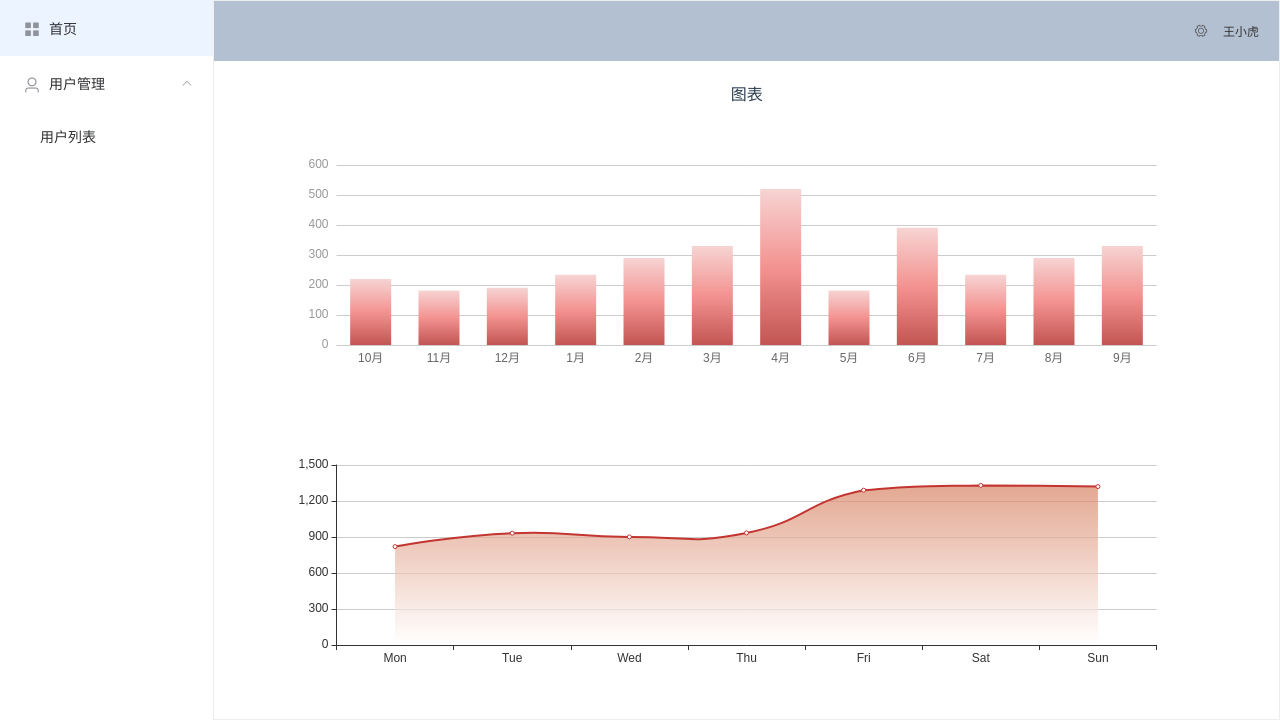
Repository: cmw520520/admin_vue
Page: /#/example/echart
An editor plug-in stored every save of this project. The page is shown before and after the next save, followed by the edit.
The browser window is 1280 px wide. The pictures show the whole page.
The project was rebuilt for these pictures with package versions that can differ from the ones it lists, and the page was loaded fresh each time. Also part of the build but not shown: src/page/home/Home.vue, src/page/user/UserList.vue.

Above is the page before, as saved 2019-07-01 14:57:34.

After the next save:
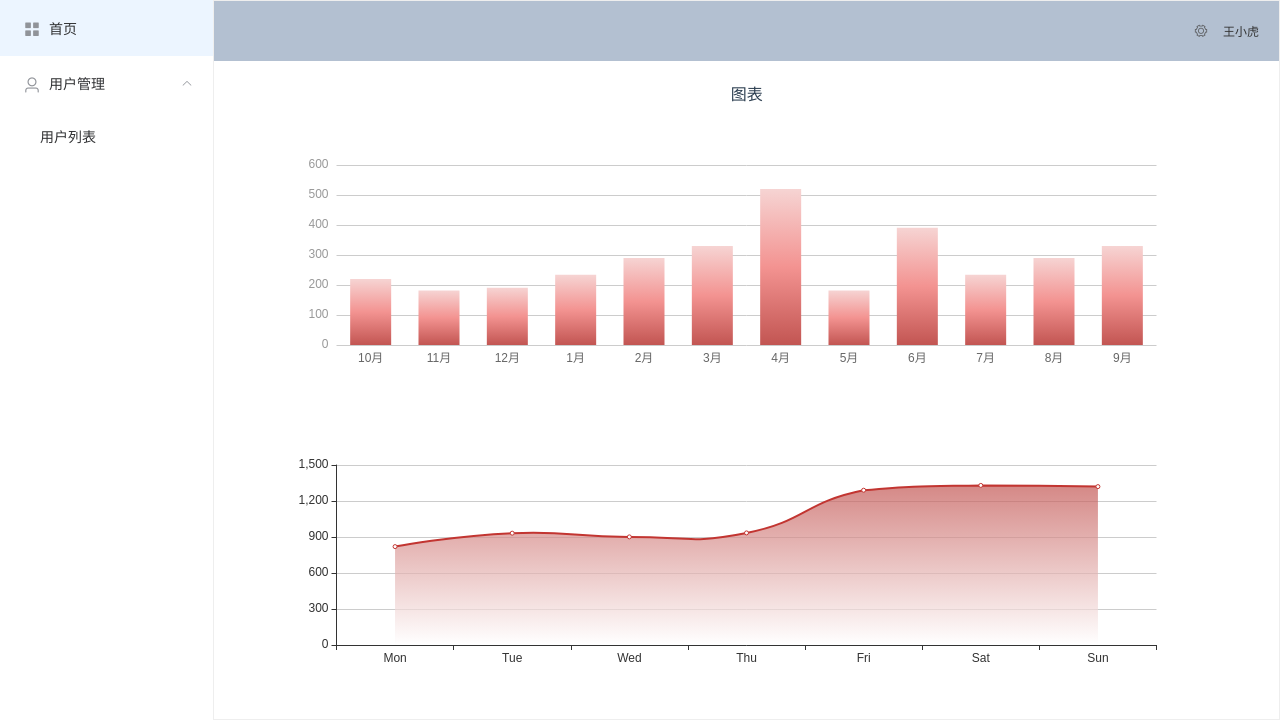
Saved 18 s later.
--- a/example/Echart.vue
+++ b/example/Echart.vue
@@ -117,7 +117,7 @@ const lineOotion = {
             normal: {
                 color: new echarts.graphic.LinearGradient(0, 0, 0, 1, [{
                     offset: 0,
-                    color: '#d68262'
+                    color: '#C25552'
                 }, {
                     offset: 1,
                     color: '#fff'
